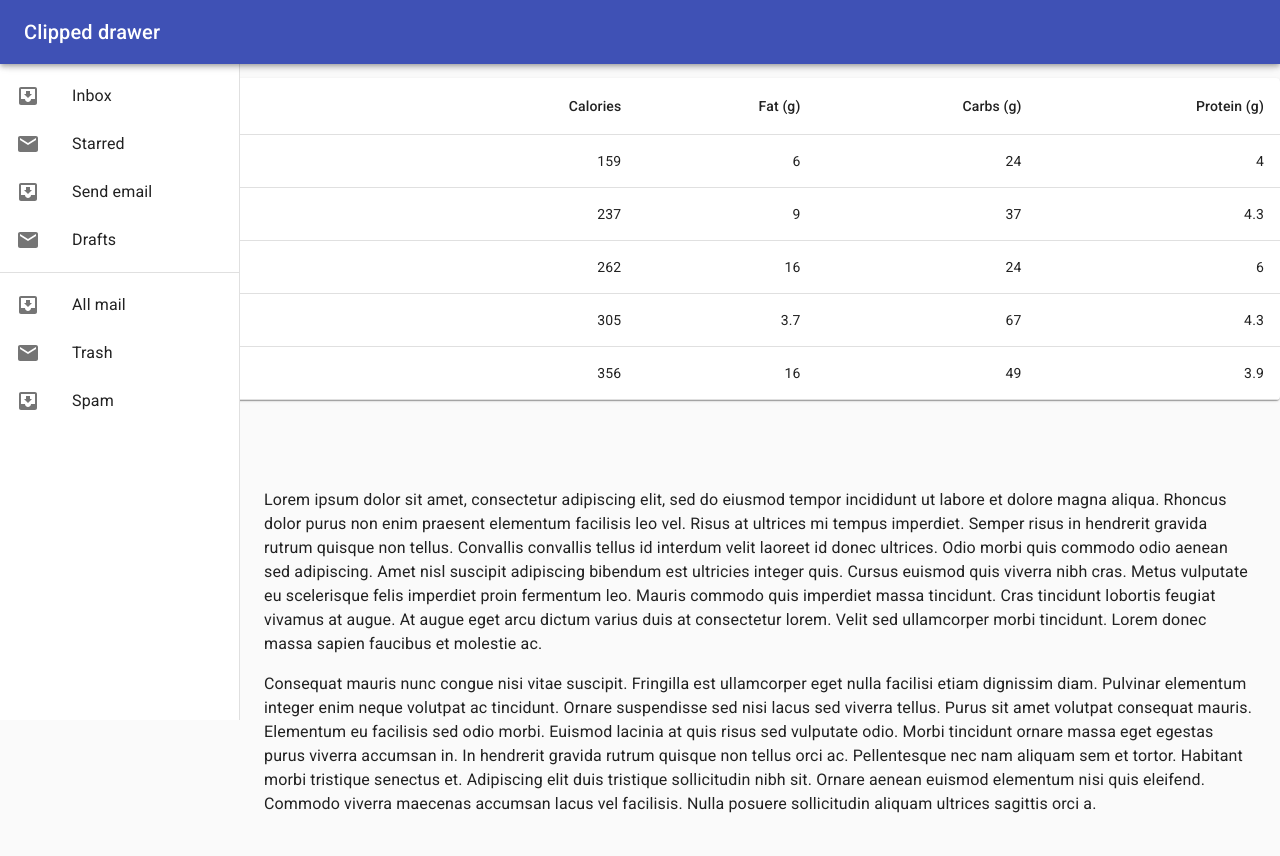
Repository: ukiyah/test
Page: / (app in src/)
The author's editor kept a copy of each file at every save. The page is drawn from the files as they stood at one save, then again after the next save.
The browser window is 1280 px wide. The pictures show the whole page.
The project was rebuilt for these pictures with package versions that can differ from the ones it lists, and the page was loaded fresh each time. Also part of the build but not shown: src/material-dashboard-react.js, src/Navbars/ref_AdminNavbarLinks/customInputStyle.js, src/Navbars/ref_AdminNavbarLinks/CustomInput.js, src/Navbars/ref_AdminNavbarLinks/buttonStyle.js, src/Navbars/ref_AdminNavbarLinks/Button.js, src/Navbars/ref_AdminNavbarLinks/dropdownStyle.js, src/Navbars/ref_AdminNavbarLinks/headerLinksStyle.js, src/Navbars/AdminNavbarLinks.js and 4 more.

Above is the page before, as saved 2020-02-20 18:26:25.

After the next save:
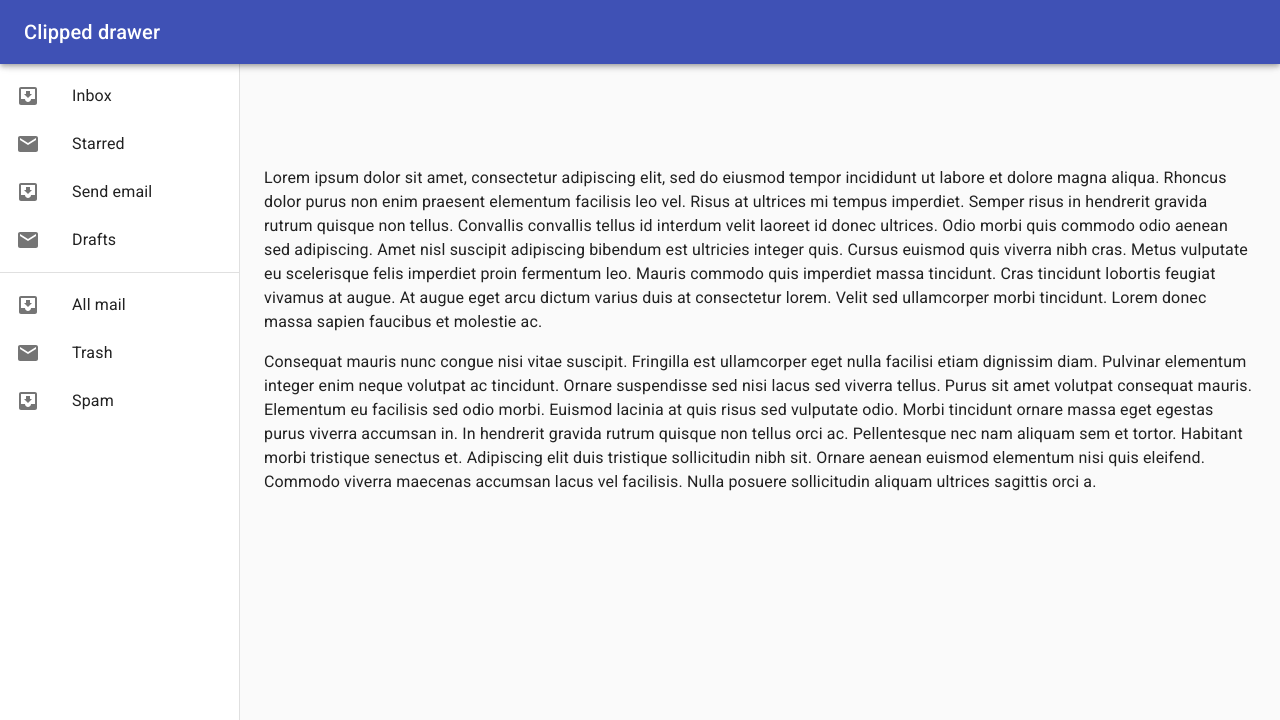
Saved 2 min 40 s later.
--- a/src/App.js
+++ b/src/App.js
@@ -14,7 +14,7 @@ import ReactDOM from 'react-dom';
 import Button from '@material-ui/core/Button';
 import 'typeface-roboto';
 import Sidebar from './Sidebar/Sidebar';
-import SimpleTable from "./Table";
+// import SimpleTable from "./Table";
 import ClippedDrawer from "./Drawer";
 class App extends React.Component{
   render() {
@@ -22,7 +22,7 @@ class App extends React.Component{
       <div>
 
         <h1>提案一覧</h1>
-        <SimpleTable />
+        {/* <SimpleTable /> */}
         <ClippedDrawer />
       </div>
 
